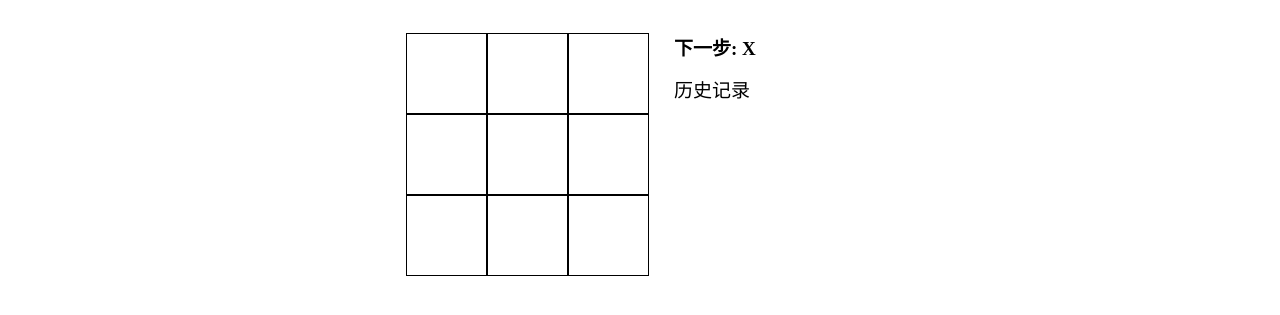
Repository: MiDouShiTongTong/react-tic-tac-toe
Page: /
An editor plug-in stored every save of this project. The page is shown before and after the next save, followed by the edit.
The browser window is 1280 px wide. The pictures show the whole page.
The project was rebuilt for these pictures with package versions that can differ from the ones it lists, and the page was loaded fresh each time.

Above is the page before, as saved 2019-04-01 23:05:44.

### src/App.tsx
import React from 'react';
import SquareList from './components/square-list';
import HistoryList from './components/history-list';
import PlayerInfo from './components/player-info';
import './App.scss';

interface Props {}

interface State {
  squareList: any;
  stepCount: number;
  historyList: any;
  win: any;
}

export default class App extends React.Component<Props, State> {
  public constructor(props: any) {
    super(props);
    this.state = {
      stepCount: 0,
      squareList: new Array(9).fill(null),
      historyList: [],
      win: null
    };
  }

  public getCurrentPlayer = (): string => {
    const { stepCount } = this.state;
    return stepCount % 2 === 0 ? 'X' : 'O';
  };

  public isWin = (squareList: any): any => {
    const winCondition = [
      [0, 1, 2],
      [3, 4, 5],
      [6, 7, 8],
      [0, 3, 6],
      [1, 4, 7],
      [2, 5, 8],
      [0, 4, 8],
      [2, 4, 6]
    ];
    let flag: any = null;
    winCondition.forEach(condition => {
      const first = squareList[condition[0]];
      const second = squareList[condition[1]];
      const third = squareList[condition[2]];
      if (first != null && first === second && second === third) {
        flag = first;
      }
    });
    return flag;
  };

  public handlerSquareClick = (pos: any, info: object) => {
    const { state } = this;
    if (info === null) {
      // 已经赢了, 不错任何操作
      if (this.isWin(state.squareList)) {
        return;
      }
      // 新的历史记录
      // 截取到 stepCount, 因为改变历史记录会改变 stepCount
      const newHistoryList = state.historyList.slice(0, state.stepCount);
      newHistoryList.push({
        stepCount: state.stepCount,
        player: this.getCurrentPlayer(),
        pos
      });
      // 新的方框记录
      const newSquareList = state.squareList;
      newHistoryList.forEach(
        (history: any) => (newSquareList[history.pos] = history.player)
      );
      // 保存当前历史记录, 以及步数
      this.setState(prevState => ({
        stepCount: prevState.stepCount + 1,
        squareList: newSquareList,
        historyList: newHistoryList
      }));
      // 输赢判断
      if (this.isWin(newSquareList)) {
        this.setState({ win: this.isWin(newSquareList) });
      }
    }
  };

  public handlerHistoryClick = (historyItem: any): void => {
    // 新的方框记录
    const { state } = this;
    const newSquareList: any = state.squareList;
    state.historyList.forEach((history: any) => {
      if (history.stepCount <= historyItem.stepCount) {
        newSquareList[history.pos] = history.player;
      } else {
        newSquareList[history.pos] = null;
      }
    });
    this.setState({
      stepCount: historyItem.stepCount + 1,
      squareList: newSquareList
    });
  };

  public handlerRestartClick = (): void => {
    this.setState({
      stepCount: 0,
      squareList: new Array(9).fill(null),
      historyList: []
    });
  };

  public render = (): JSX.Element => {
    const { state } = this;
    return (
      <div className="app-container">
        <div className="left-container">
          <SquareList
            squareList={state.squareList}
            handlerSquareClick={this.handlerSquareClick}
          />
        </div>
        <div className="right-container">
          <PlayerInfo win={state.win} currentPlayer={this.getCurrentPlayer()} />
          <HistoryList
            historyList={state.historyList}
            handlerHistoryClick={this.handlerHistoryClick}
            handlerRestartClick={this.handlerRestartClick}
          />
        </div>
      </div>
    );
  };
}

### src/components/square-list/index.tsx
import React from 'react';
import Square from '../square';
import './index.scss';

interface Props {
  squareList: any[];
  handlerSquareClick: (pos: any, info: object) => void;
}
interface State {}

export default class SquareList extends React.Component<Props, State> {
  constructor(props: any) {
    super(props);
    this.state = {};
  }

  public generateSquare(pos: any) {
    const { props } = this;
    return (
      <Square
        pos={pos}
        info={props.squareList[pos]}
        handlerSquareClick={props.handlerSquareClick}
      />
    );
  }

  public render = (): JSX.Element => {
    return (
      <section className="board-container">
        <div className="row">
          {this.generateSquare(0)}
          {this.generateSquare(1)}
          {this.generateSquare(2)}
        </div>
        <div className="row">
          {this.generateSquare(3)}
          {this.generateSquare(4)}
          {this.generateSquare(5)}
        </div>
        <div className="row">
          {this.generateSquare(6)}
          {this.generateSquare(7)}
          {this.generateSquare(8)}
        </div>
      </section>
    );
  };
}

### src/components/history-list/index.tsx
import React from 'react';
import './index.scss';

interface Props {
  historyList: any[];
  handlerHistoryClick: (historyItem: any) => void;
  handlerRestartClick: () => void;
}
interface State {}

export default class History extends React.Component<Props, State> {
  constructor(props: any) {
    super(props);
    this.state = {};
  }

  public render = (): JSX.Element => {
    const { props } = this;
    return (
      <section className="history-list-container">
        <span>历史记录</span>
        {props.historyList.length > 0 ? (
          <ul>
            <li>
              <button type="button" onClick={() => props.handlerRestartClick()}>
                重新开始
              </button>
            </li>
            {props.historyList.map((item, index) => (
              <li key={index}>
                <button
                  type="button"
                  onClick={() => props.handlerHistoryClick(item)}
                >
                  #{item.stepCount + 1}, 棋手{item.player}, 下到位置
                  {item.pos + 1}
                </button>
              </li>
            ))}
          </ul>
        ) : null}
      </section>
    );
  };
}

### src/components/player-info/index.tsx
import React from 'react';
import './index.scss';

interface Props {
  win: any;
  currentPlayer: string;
}
interface State {}

export default class History extends React.Component<Props, State> {
  constructor(props: any) {
    super(props);
    this.state = {};
  }

  public render = (): JSX.Element => {
    const { props } = this;
    return (
      <section className="player-info-container">
        {props.win ? <p>{props.win}胜利</p> : ''}
        下一步: {props.currentPlayer}
      </section>
    );
  };
}

### src/App.scss
.app-container {
  display: flex;
  justify-content: center;
  padding: 25px;
  .right-container {
    padding-left: 25px;
  }
}

### src/components/square/index.tsx
import React from 'react';
import './index.scss';

interface Props {
  pos: any;
  info: object;
  handlerSquareClick: (pos: any, info: object) => void;
}
interface State {}

export default class Square extends React.Component<Props, State> {
  constructor(props: any) {
    super(props);
    this.state = {};
  }

  public getSquareTitle = () => {
    const { props } = this;
    let title: any = '';
    if (props.info) {
      title = props.info;
    }
    return title;
  };

  public render = (): JSX.Element => {
    const { props } = this;
    return (
      <section
        className="square-container"
        onClick={() => props.handlerSquareClick(props.pos, props.info)}
      >
        {this.getSquareTitle()}
      </section>
    );
  };
}

### src/components/square-list/index.scss
.board-container {
  .row {
    display: flex;
  }
}

### src/components/history-list/index.scss
.history-list-container {
  margin-top: 15px;
  font-size: 19px;
  width: 200px;
  ul {
    list-style-type: none;
    padding-left: 0;
    li {
      button {
        width: 200px;
        margin-bottom: 5px;
        padding: 5px;
        border: 1px solid #000;
        background-color: #fff;
        cursor: pointer;
      }
    }
  }
}

### src/components/player-info/index.scss
.player-info-container {
  font-size: 19px;
  font-weight: bold;
}

### src/components/square/index.scss
.square-container {
  display: flex;
  justify-content: center;
  align-items: center;
  width: 79px;
  height: 79px;
  border: 1px solid #000;
  font-size: 30px;
  &:hover {
    border-color: #06f;
    cursor: pointer;
  }
}

Loaded but not shown: public/index.html (common file); src/index.tsx (common file)

After the next save:
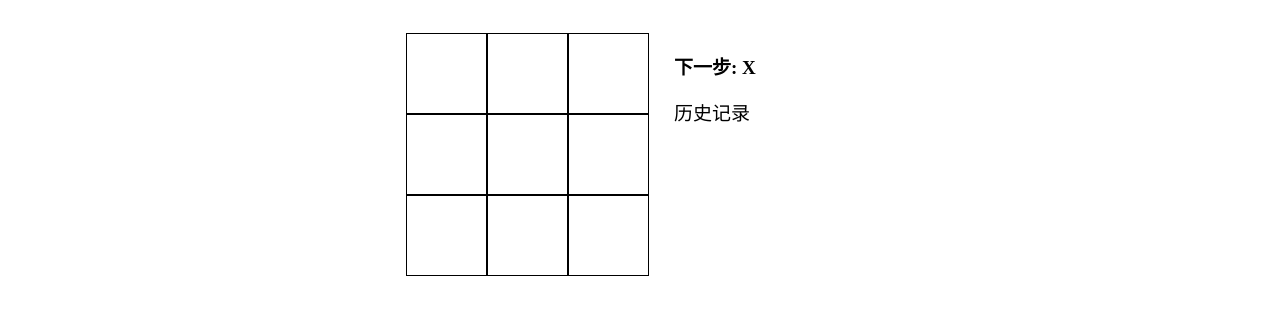
Saved 5 s later.
--- a/src/components/player-info/index.tsx
+++ b/src/components/player-info/index.tsx
@@ -18,7 +18,7 @@ export default class History extends React.Component<Props, State> {
     return (
       <section className="player-info-container">
         {props.win ? <p>{props.win}胜利</p> : ''}
-        下一步: {props.currentPlayer}
+        <p>下一步: {props.currentPlayer}</p>
       </section>
     );
   };
